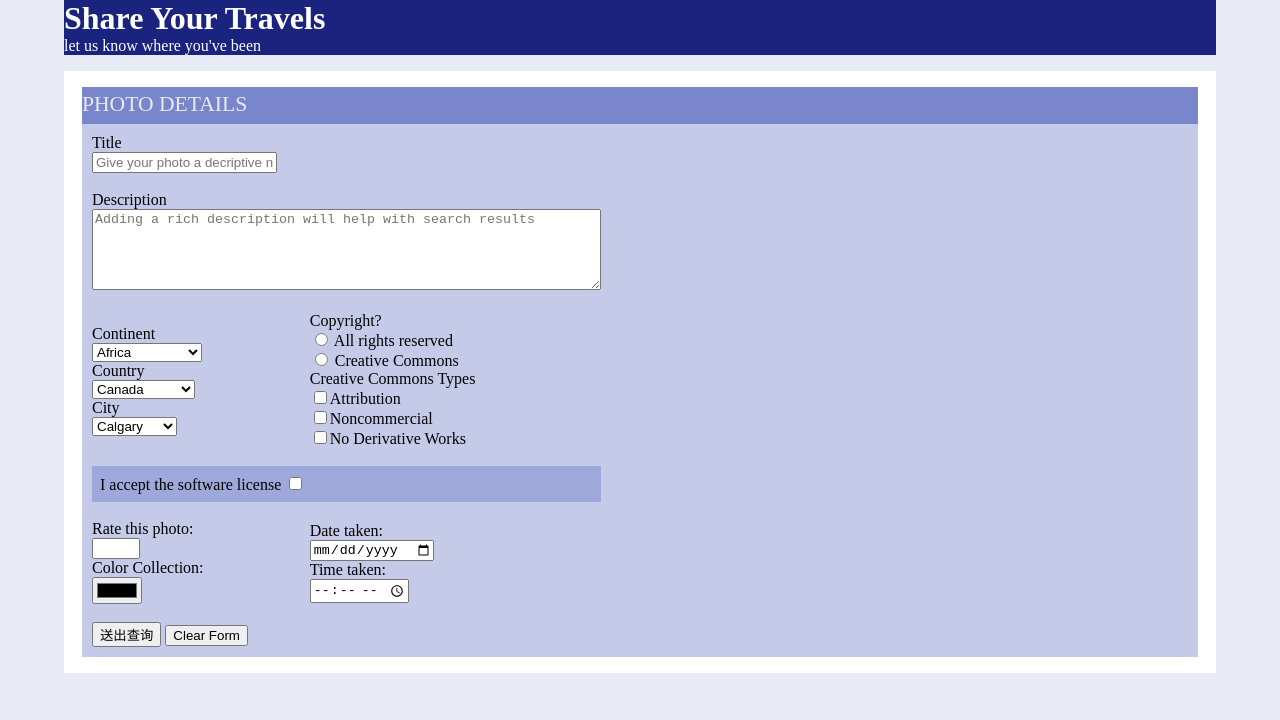
Repository: thomasTAT/UM
Page: cisc3003/CISC3003-EclipseWS-Practices-2023/CISC3003-Practice04-2023FEB17/public/cisc3003-practice04.html
These files come from the project's save history. The page is drawn as it stood at one moment and after a run of saves; the edit follows.
The browser window is 1280 px wide. The pictures show the whole page.

Above is the page before, as saved 2023-02-24 01:38:51.

After the next 2 saves:
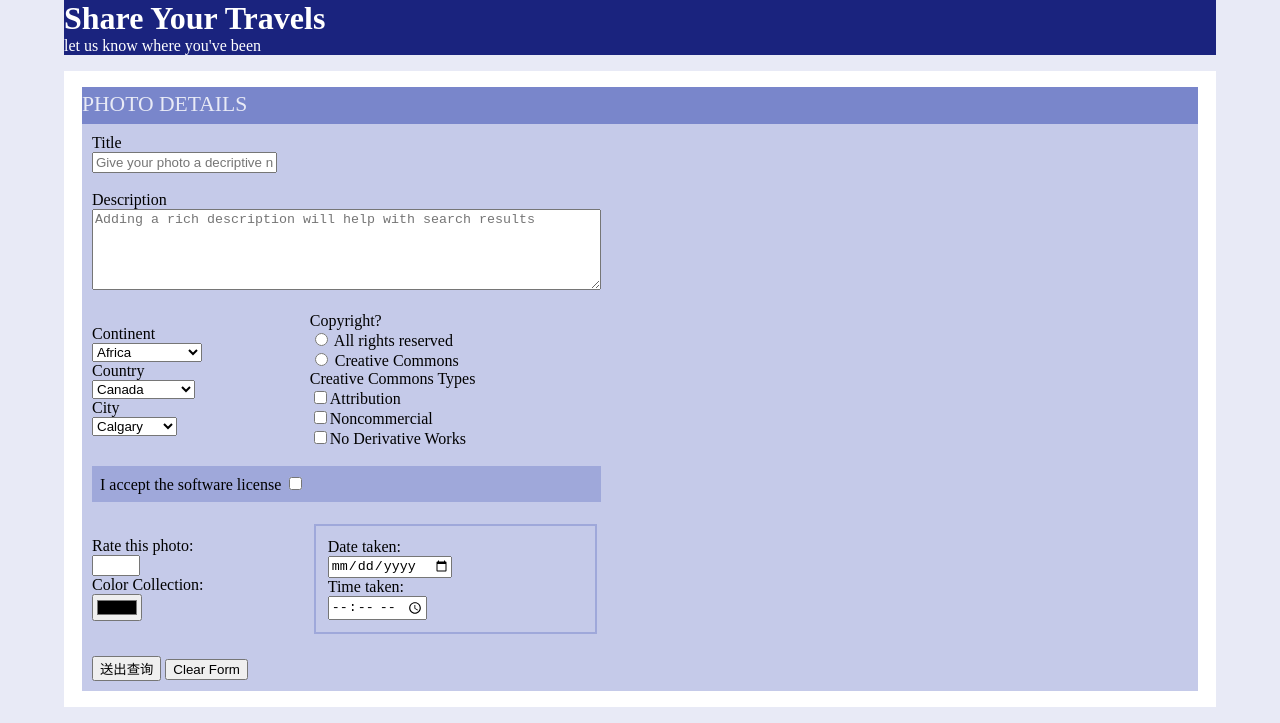
The 2 saves are shown as one change because they came seconds apart.
The last was saved 20 s later.
--- a/cisc3003/CISC3003-EclipseWS-Practices-2023/CISC3003-Practice04-2023FEB17/public/css/cisc3003-practice04.css
+++ b/cisc3003/CISC3003-EclipseWS-Practices-2023/CISC3003-Practice04-2023FEB17/public/css/cisc3003-practice04.css
@@ -41,3 +41,8 @@ legend {
 table td {
     padding: 0.5em;
   }
+  .wrapper {
+    border: 2px solid #9fa8da;
+    margin: 0.25em;
+    padding: 0.75em;
+  }

After the save that followed:
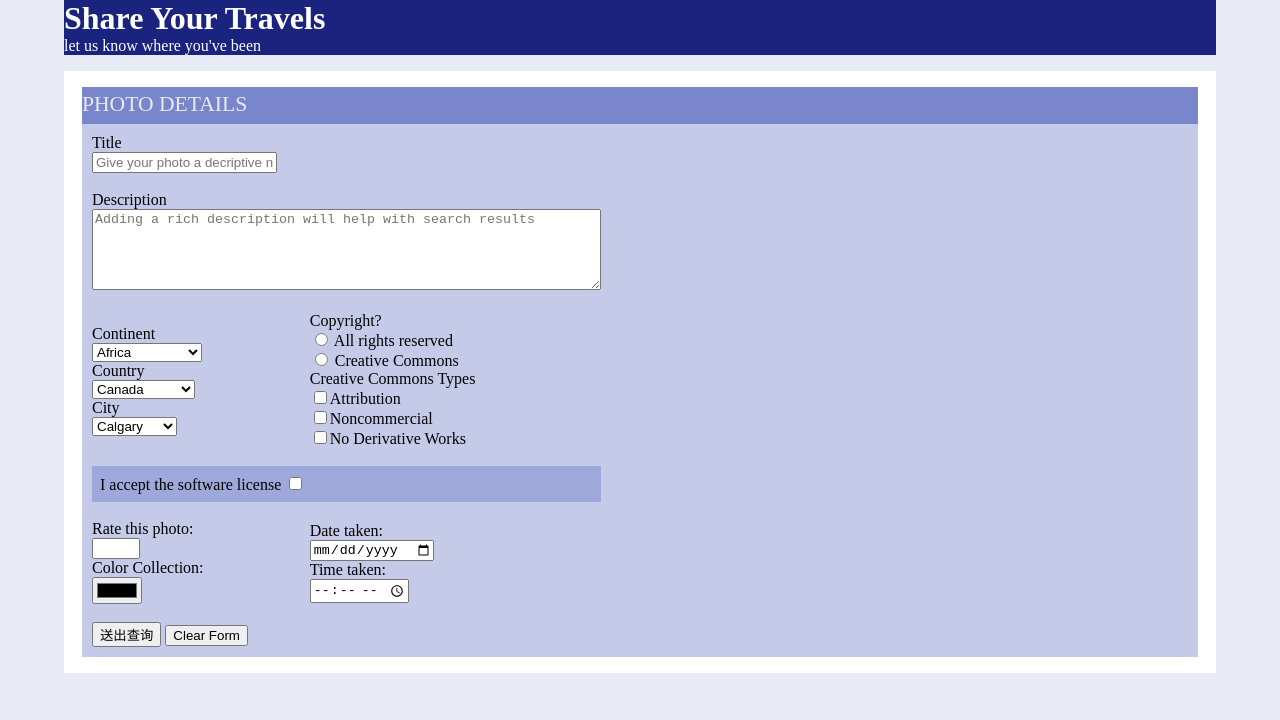
Saved 7 s later.
--- a/cisc3003/CISC3003-EclipseWS-Practices-2023/CISC3003-Practice04-2023FEB17/public/css/cisc3003-practice04.css
+++ b/cisc3003/CISC3003-EclipseWS-Practices-2023/CISC3003-Practice04-2023FEB17/public/css/cisc3003-practice04.css
@@ -41,7 +41,7 @@ legend {
 table td {
     padding: 0.5em;
   }
-  .wrapper {
+  . {
     border: 2px solid #9fa8da;
     margin: 0.25em;
     padding: 0.75em;
